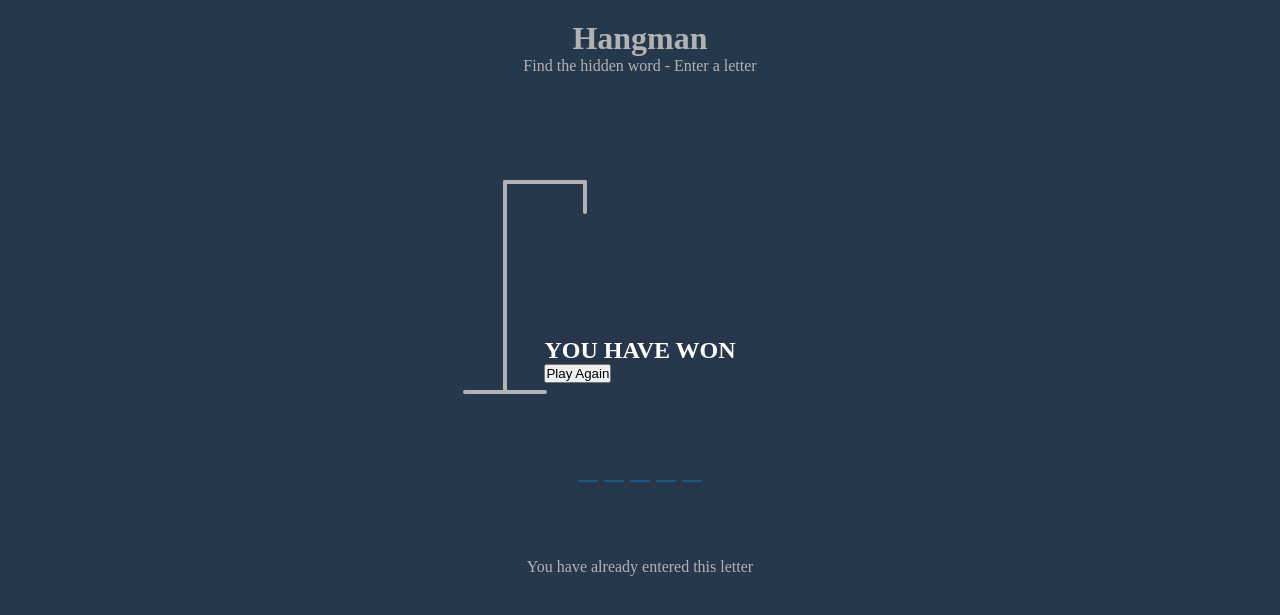
Repository: CAMPSLOPY/HangMan
Page: index.html
The author's editor kept a copy of each file at every save. The page is drawn from the files as they stood at one save, then again after a run of saves.
The browser window is 1280 px wide. The pictures show the whole page.
Some web fonts or font styles are not loaded; a fallback is used.

Above is the page before, as saved 2021-01-26 15:39:51.

### index.html
<!DOCTYPE html>
<html lang="en">
  <head>
    <meta charset="UTF-8" />
    <meta name="viewport" content="width=device-width, initial-scale=1.0" />
    <meta http-equiv="X-UA-Compatible" content="ie=edge" />
    <meta
      name="description"
      content="This is a  puzzle Game that is created with Vanilla JS.
      The game is centered around the use of letters to save a man from dying"
    />
    <meta name="robots" content="index,follow" />
    <link rel="icon" href="/video-game-gamepad.svg" />
    <link rel="stylesheet" href="/styles.css" />
    <title>HangMan</title>
  </head>
  <body>
    <h1>Hangman</h1>
    <p>Find the hidden word - Enter a letter</p>
    <div class="game-container">
      <svg height="250" width="200" class="figure-container">
        <!-- Rod -->
        <line x1="60" y1="20" x2="140" y2="20" />
        <line x1="140" y1="20" x2="140" y2="50" />
        <line x1="60" y1="20" x2="60" y2="230" />
        <line x1="20" y1="230" x2="100" y2="230" />

        <!-- Head -->
        <circle cx="140" cy="70" r="20" class="figure-part" />
        <!-- Body -->
        <line x1="140" y1="90" x2="140" y2="150" class="figure-part" />
        <!-- Arms -->
        <line x1="140" y1="120" x2="120" y2="100" class="figure-part" />
        <line x1="140" y1="120" x2="160" y2="100" class="figure-part" />
        <!-- Legs -->
        <line x1="140" y1="150" x2="120" y2="180" class="figure-part" />
        <line x1="140" y1="150" x2="160" y2="180" class="figure-part" />
      </svg>

      <div class="wrong-letters-container">
        <div id="wrong-letters"></div>
      </div>

      <div class="word" id="word">
        <div class="letter"></div>
        <div class="letter"></div>
        <div class="letter"></div>
        <div class="letter"></div>
        <div class="letter"></div>
      </div>
    </div>

    <!-- Container for final message -->
    <div class="popup-container" id="popup-container">
      <div class="popup">
        <h2 id="final-message">YOU HAVE WON</h2>
        <button id="play-button">Play Again</button>
      </div>
    </div>

    <!-- Notification -->
    <div class="notification-container" id="notification-container">
      <p>You have already entered this letter</p>
    </div>
    <script src="/app.js"></script>
  </body>
</html>

### styles.css
@import url("https://fonts.googleapis.com/css2?family=Hachi+Maru+Pop&display=swap");
* {
  margin: 0;
  padding: 0;
  box-sizing: border-box;
}
body {
  background-color: hsl(212, 33%, 32%);
  color: #fff;
  display: flex;
  flex-direction: column;
  align-items: center;
  min-height: 80vh;
  overflow: hidden;
  margin: 0;
  font-family: "Hachi Maru Pop", cursive;
}
h1 {
  padding: 20px 0 0;
}
.game-container {
  padding: 20px 30px;
  position: relative;
  margin: auto;
  height: 350px;
  width: 450px;
}
.figure-container {
  fill: transparent;
  stroke-width: 4px;
  stroke: #fff;
  stroke-linecap: round;
}
.figure-part {
  display: none;
}

.wrong-letters-container {
  position: absolute;
  top: 20px;
  right: 20px;
  display: flex;
  flex-direction: column;
  text-align: right;
}
.wrong-letters-container p {
  margin: 0 0 5px;
}
.wrong-letters-container span {
  font-size: 24px;
}

.word {
  display: flex;
  position: absolute;
  bottom: 10px;
  left: 50%;
  transform: translateX(-50%);
}

.letter {
  border-bottom: 2px solid #2980b9;
  display: inline-flex;
  font-size: 30px;
  align-items: center;
  justify-content: center;
  margin: 0 3px;
  height: 50px;
  width: 20px;
}
.popup-container {
  background-color: rgba(0, 0, 0, 0.3);
  position: fixed;
  top: 0;
  left: 0;
  right: 0;
  bottom: 0;
  display: flex;
  /* display: none; */
  align-items: center;
  justify-content: center;
}

Loaded but not shown: app.js (no copy from this time; the picture is the same without it)

After the next 5 saves:
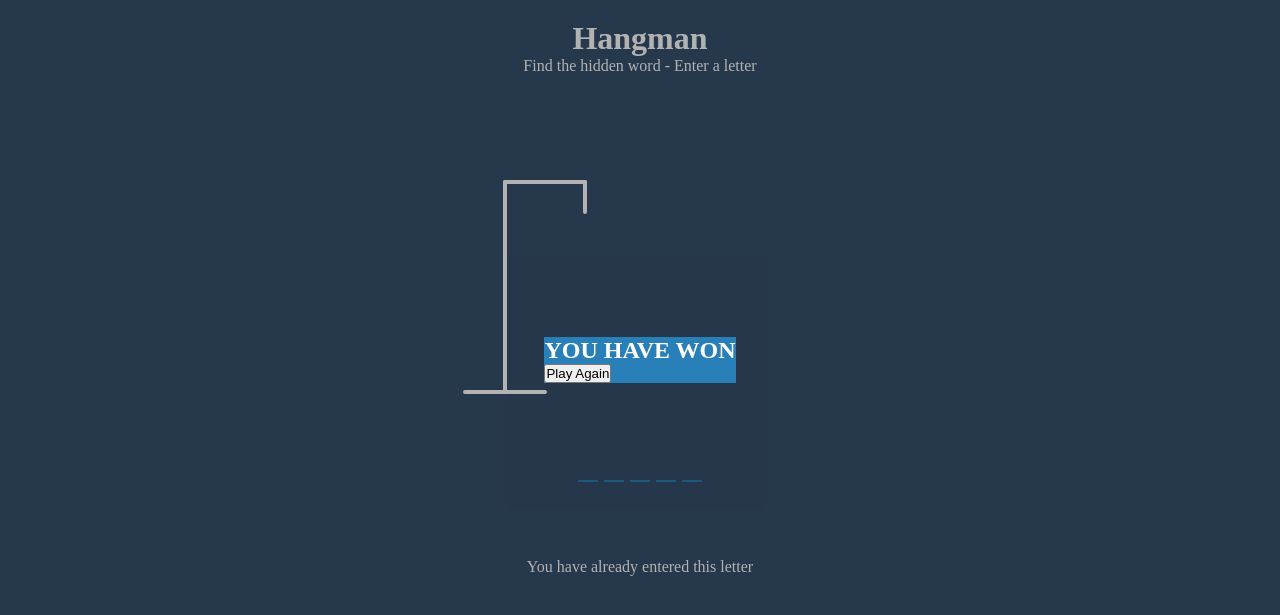
The 5 saves are shown as one change because they came seconds apart.
The last was saved 21 s later.
--- a/styles.css
+++ b/styles.css
@@ -80,3 +80,7 @@ h1 {
   align-items: center;
   justify-content: center;
 }
+
+.popup{
+  background-color: #2980b9;
+}
